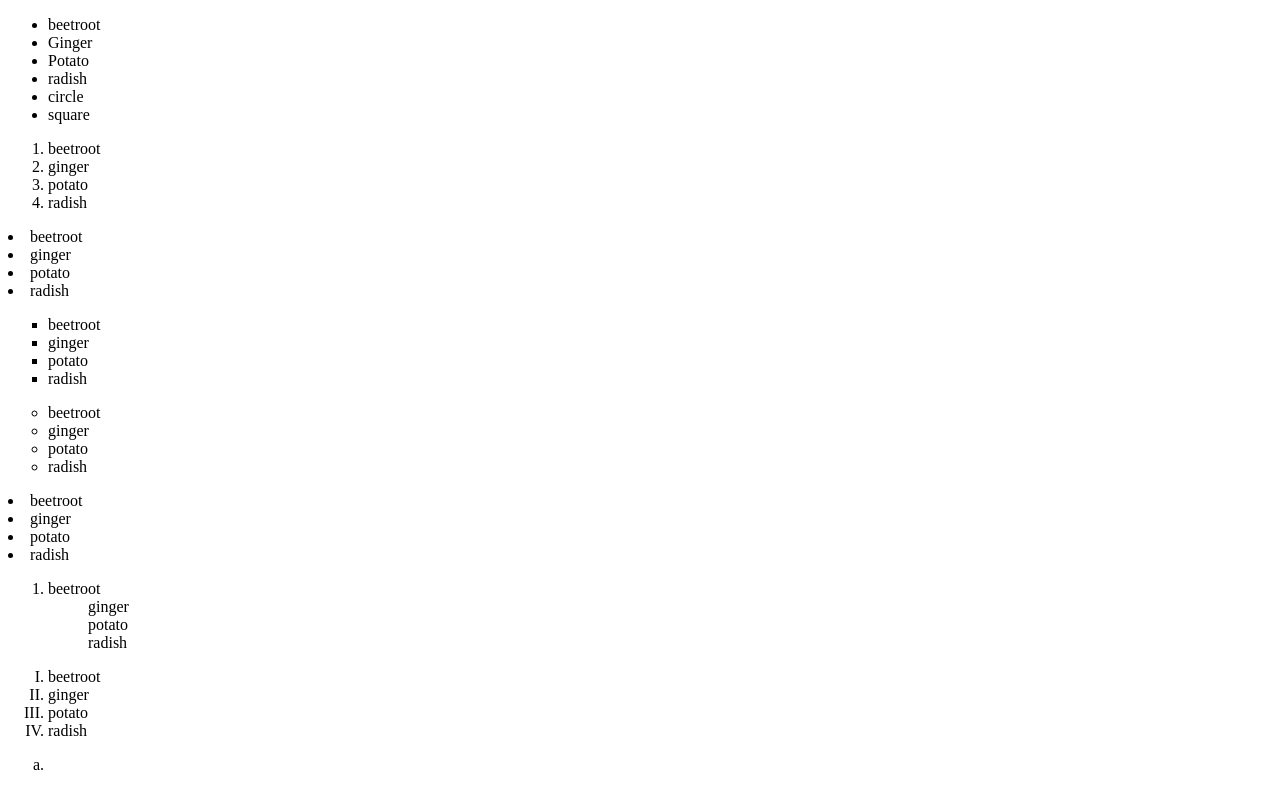
Repository: Achuut/first-code-lessons
Page: Achut.HTML
These files come from the project's save history. The page is drawn as it stood at one moment and after a run of saves; the edit follows.
The browser window is 1280 px wide. The pictures show the whole page.

Above is the page before, as saved 2023-03-06 13:18:26.

After the next 9 saves:
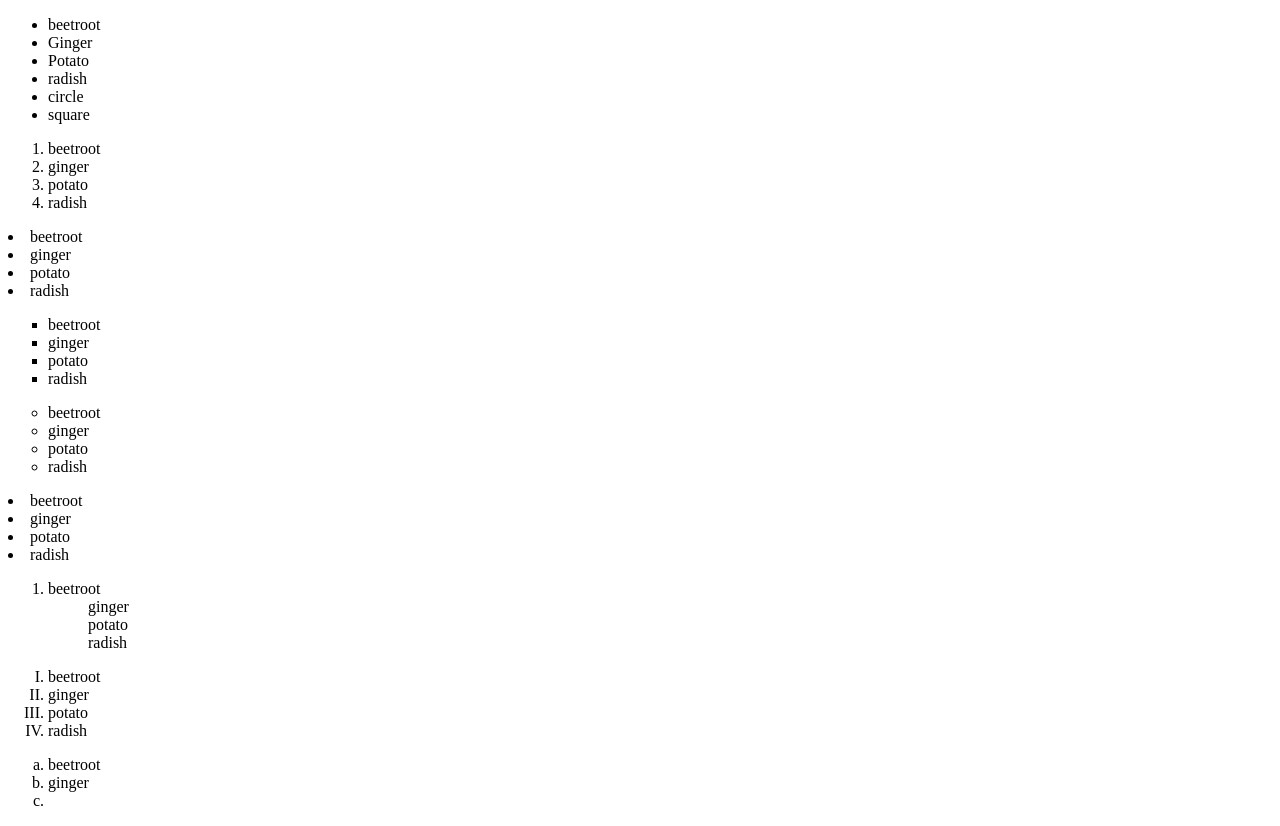
The 9 saves are shown as one change because they came seconds apart.
The last was saved 29 s later.
--- a/Achut.HTML
+++ b/Achut.HTML
@@ -58,6 +58,8 @@
         <li>radish</li>
       </ol>
       <ol type = "a">
+        <li>beetroot</li>
+        <li>ginger</li>
         <li></li>
       </ol>
 </body>
